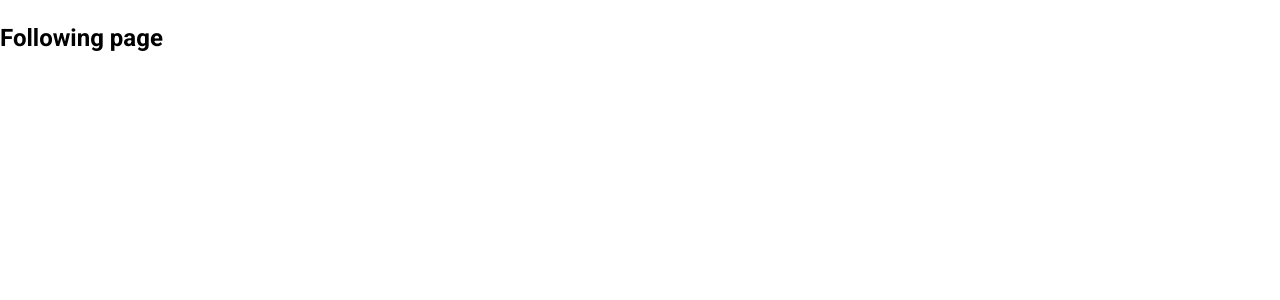
Repository: nguyenhaidang212/tiktok
Page: /following
The author's editor kept a copy of each file at every save. The page is drawn from the files as they stood at one save, then again after the next save.
The browser window is 1280 px wide. The pictures show the whole page.
The project was rebuilt for these pictures with package versions that can differ from the ones it lists, and the page was loaded fresh each time. Also part of the build but not shown: src/pages/Home/index.js, src/pages/Profile/index.js.

Above is the page before, as saved 2023-04-26 03:19:05.

After the next save:
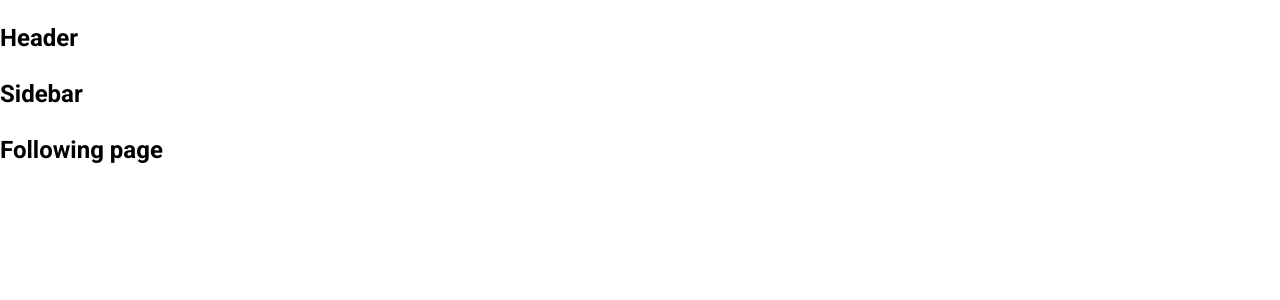
Saved 11 s later.
--- a/src/App.js
+++ b/src/App.js
@@ -10,7 +10,17 @@ function App() {
                     {publicRoutes.map((route, index) => {
                         const Layout = route.layout || DefaultLayout;
                         const Page = route.component;
-                        return <Route key={index} path={route.path} element={<Page />} />;
+                        return (
+                            <Route
+                                key={index}
+                                path={route.path}
+                                element={
+                                    <Layout>
+                                        <Page />
+                                    </Layout>
+                                }
+                            />
+                        );
                     })}
                 </Routes>
             </div>
